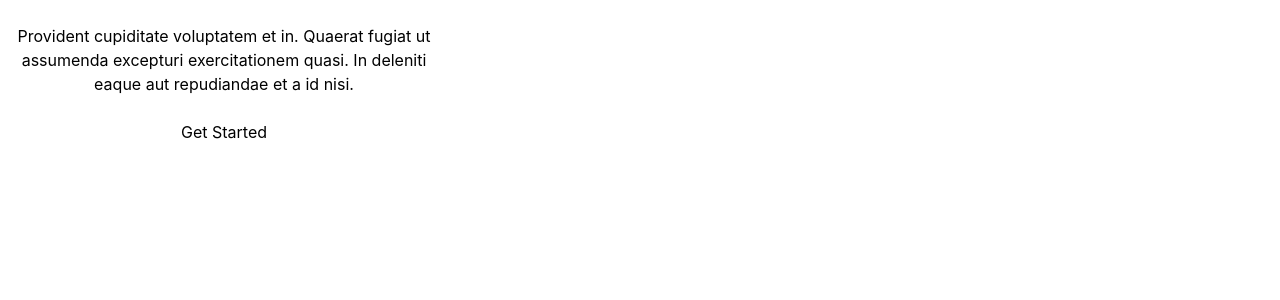
Repository: RahmanRakib9/TwentyOne
Page: /
These files come from the project's save history. The page is drawn as it stood at one moment and after the next save; the edit follows.
The browser window is 1280 px wide. The pictures show the whole page.
The project was rebuilt for these pictures with package versions that can differ from the ones it lists, and the page was loaded fresh each time.

Above is the page before, as saved 2022-10-13 17:39:28.

After the next save:
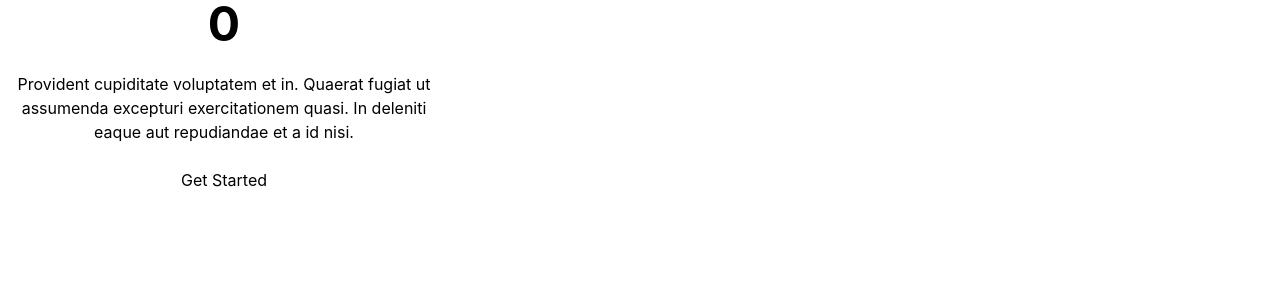
Saved 6 s later.
--- a/src/components/Timer.js
+++ b/src/components/Timer.js
@@ -7,7 +7,7 @@ const Timer = () => {
     <div class="hero min-h-screen bg-base-200">
       <div class="hero-content text-center">
         <div class="max-w-md">
-          <h1 class="text-5xl font-bold">{}</h1>
+          <h1 class="text-5xl font-bold">{day}</h1>
           <p class="py-6">
             Provident cupiditate voluptatem et in. Quaerat fugiat ut assumenda
             excepturi exercitationem quasi. In deleniti eaque aut repudiandae et
